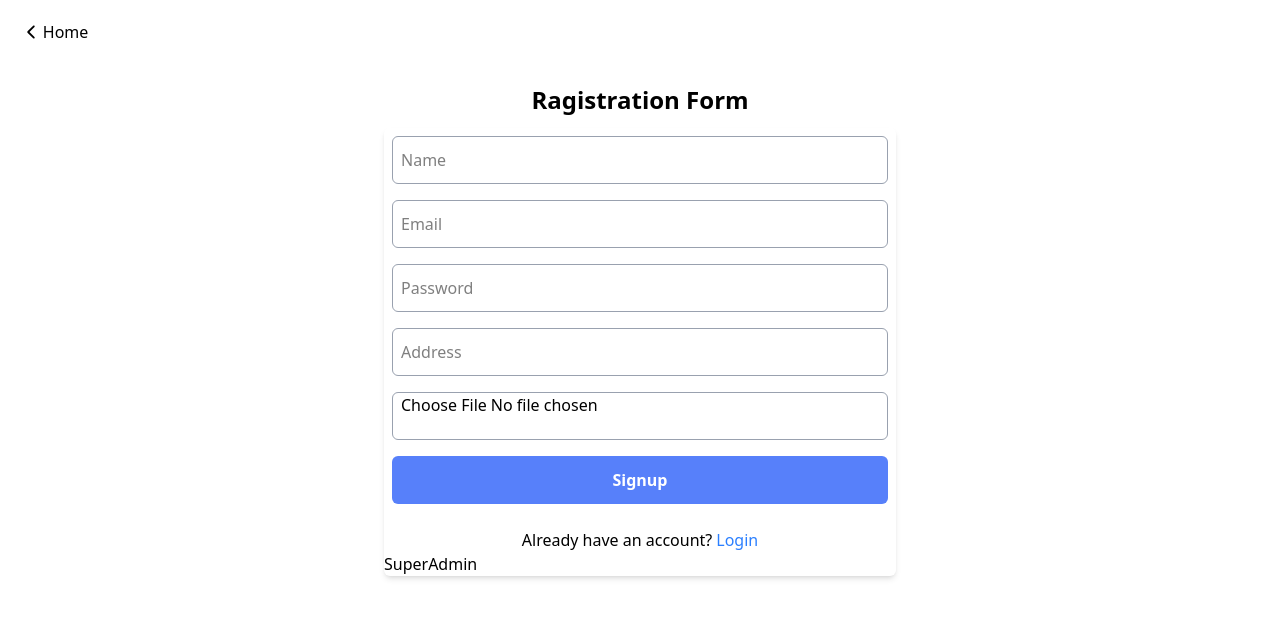
Repository: GAURAV-KUMAR22/restro-food-order-app
Page: /signup (app in qr-app/)
These files come from the project's save history. The page is drawn as it stood at one moment and after the next save; the edit follows.
The browser window is 1280 px wide. The pictures show the whole page.
The page's requests for data from a server got no answer. The project was rebuilt for these pictures with package versions that can differ from the ones it lists, and the page was loaded fresh each time. No one was signed in, and anything a server would have sent is missing. Also part of the build but not shown: qr-app/vite.config.js, qr-app/src/Services/ProtectedRoutes.jsx, qr-app/src/components/CardItem.jsx, qr-app/src/components/CardDetails.jsx, qr-app/src/components/Client/CategoryCard.jsx, qr-app/src/Services/Socket.js, qr-app/src/components/Client/OrderStatusCard.jsx, qr-app/src/components/Client/SearchInput.jsx and 33 more.

Above is the page before, as saved 2025-06-11 09:50:47.

After the next save:
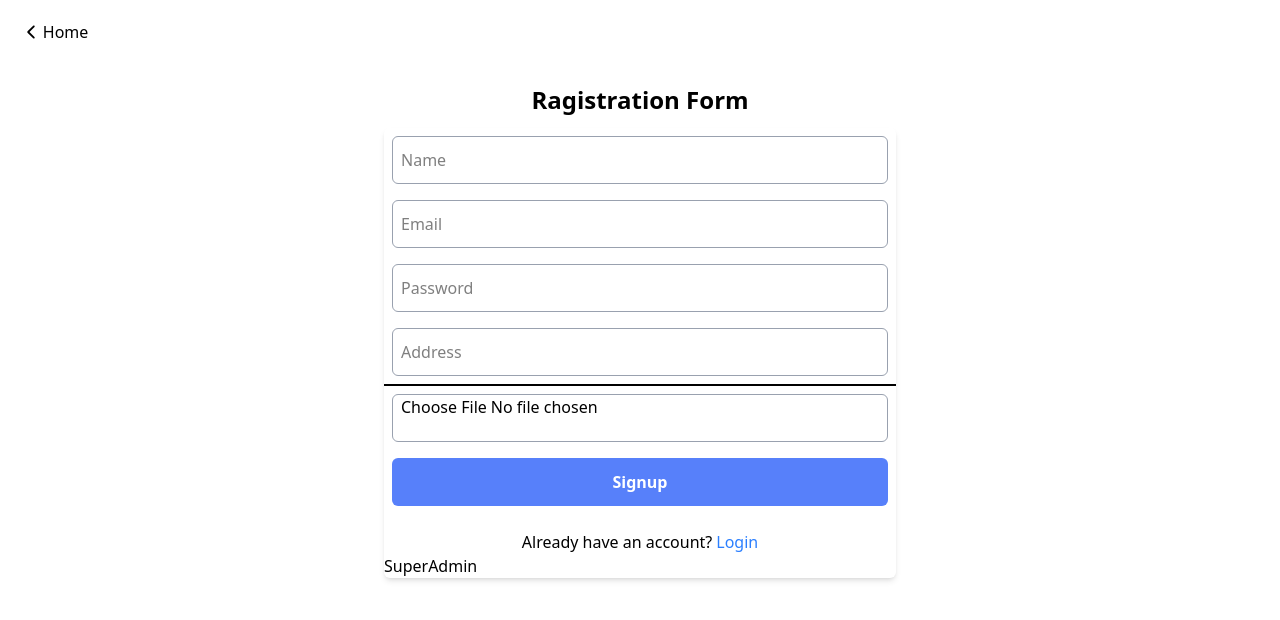
Saved 24 s later.
--- a/qr-app/src/Pages/Auth/Signup.jsx
+++ b/qr-app/src/Pages/Auth/Signup.jsx
@@ -112,7 +112,7 @@
             {errors.address && <p style={{ color: "red" }}>{errors.address}</p>}
           </div>
           <div className="flex flex-col">
-            <label htmlFor="file-upload"></label>
+            <label htmlFor="file-upload" className="border "></label>
 
             <input
               type="file"

After the save that followed:
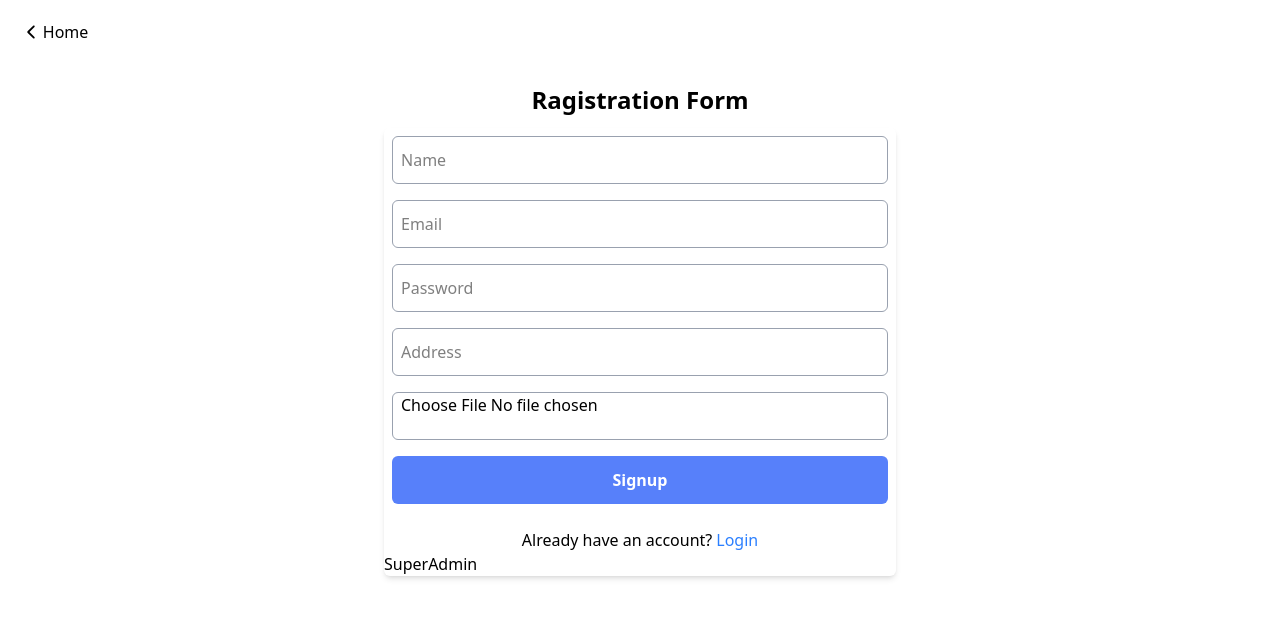
Saved 15 s later.
--- a/qr-app/src/Pages/Auth/Signup.jsx
+++ b/qr-app/src/Pages/Auth/Signup.jsx
@@ -112,7 +112,7 @@
             {errors.address && <p style={{ color: "red" }}>{errors.address}</p>}
           </div>
           <div className="flex flex-col">
-            <label htmlFor="file-upload" className="border "></label>
+            <label htmlFor="file-upload"></label>
 
             <input
               type="file"
